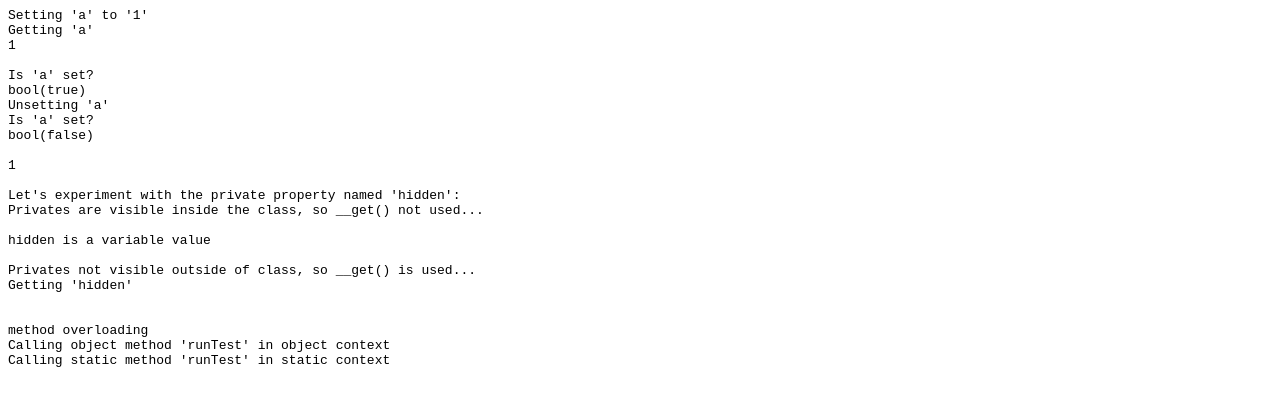
Repository: jyotsna1234/bugappmvc
Page: http://localhost/overloading.php
An editor plug-in stored every save of this project. The page is shown before and after the next save, followed by the edit.
The browser window is 1280 px wide. The pictures show the whole page.
The page is run by PHP 8.4 with error messages shown; the project is at /var/www/html/.

Above is the page before, as saved 2014-04-09 04:16:01.

### oops_php/overloading.php
<?php

 ini_set('displayerror', 1);

class PropertyTest
{
    /**  Location for overloaded data.  */
    private $data = array();

    /**  Overloading not used on declared properties.  */
    public $declared = 1;

    /**  Overloading only used on this when accessed outside the class.  */
    private $hidden = 'hidden';

    public function __set($name, $value)
    {
        echo "Setting '$name' to '$value'\n";
        $this->data[$name] = $value;
    }

    public function __get($name)
    {
        echo "Getting '$name'\n";
        if (array_key_exists($name, $this->data)) {
            return $this->data[$name];
        }

        return null;
    }

    /**  As of PHP 5.1.0  */
    public function __isset($name)
    {
        echo "Is '$name' set?\n";
        return isset($this->data[$name]);
    }

    /**  As of PHP 5.1.0  */
    public function __unset($name)
    {
        echo "Unsetting '$name'\n";
        unset($this->data[$name]);
    }

    /**  Not a magic method, just here for example.  */
    public function getHidden()
    {
        return $this->hidden;
    }
}

echo "<pre>\n";

$obj = new PropertyTest;

$obj->a = 1;
echo $obj->a . "\n\n";

var_dump(isset($obj->a));
unset($obj->a);
var_dump(isset($obj->a));
echo "\n";

echo $obj->declared . "\n\n";

echo "Let's experiment with the private property named 'hidden':\n";
echo "Privates are visible inside the class, so __get() not used...\n<br>";
echo $obj->getHidden() .  " is a variable value"."\n<br>";
echo "Privates not visible outside of class, so __get() is used...\n";
echo $obj->hidden . "\n\n";

 echo "method overloading\n";


class MethodTest
{
    public function __call($name, $arguments)
    {
        // Note: value of $name is case sensitive.
        echo "Calling object method '$name' "
             . implode(', ', $arguments). "\n";
    }

    /**  As of PHP 5.3.0  */
    public static function __callStatic($name, $arguments)
    {
        // Note: value of $name is case sensitive.
        echo "Calling static method '$name' "
             . implode(', ', $arguments). "\n";
    }
}

$obj = new MethodTest;
$obj->runTest('in object context');

MethodTest::runTest('in static context');  // As of PHP 5.3.0





/*function overloading is not possible but ic an be done through call and call_static
 * class Overloading  {
	var $data;
	var $value;
	public function method1()
	{
	echo "enterd into method";

	}

}
$overload1=new Overloading();

  $overload1->method1();

 $overload1->method1('name','dale');

*/
?>

After the next save:
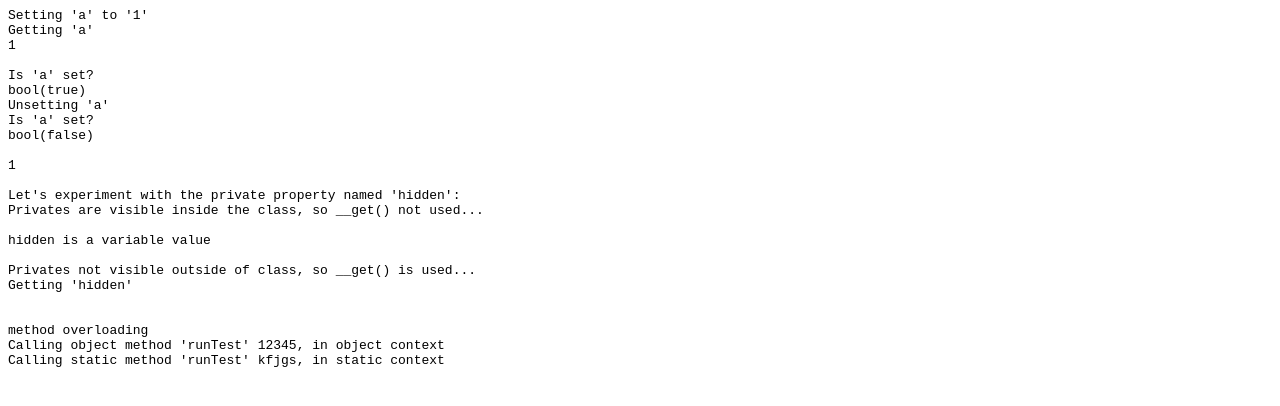
Saved 69 s later.
--- a/oops_php/overloading.php
+++ b/oops_php/overloading.php
@@ -92,9 +92,9 @@ class MethodTest
 }
 
 $obj = new MethodTest;
-$obj->runTest('in object context');
+$obj->runTest('12345','in object context');
 
-MethodTest::runTest('in static context');  // As of PHP 5.3.0
+MethodTest::runTest('kfjgs','in static context');  // As of PHP 5.3.0
 
 
 
